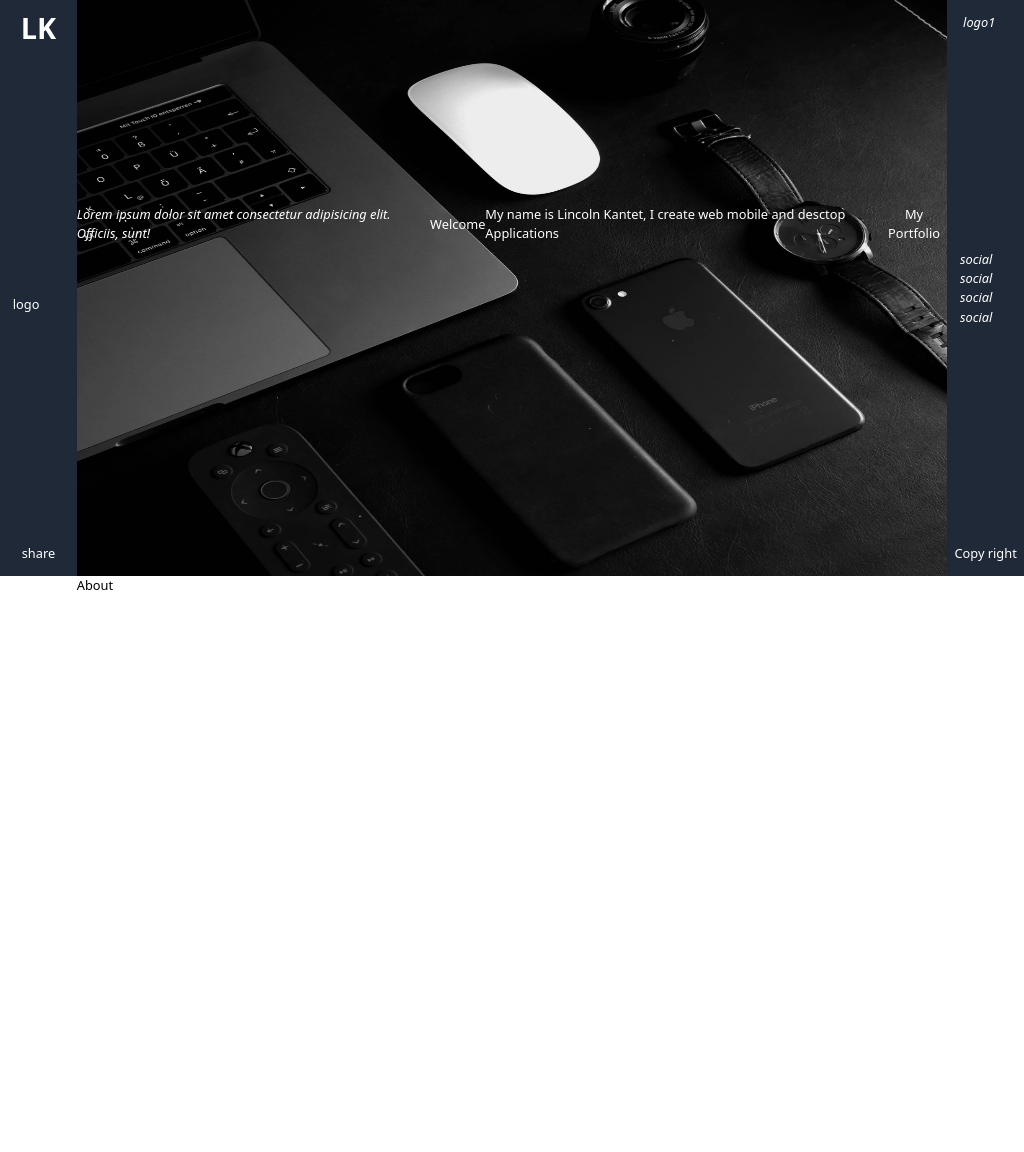
Repository: linco6054/template-tailwindcss
Page: index.html
These files come from the project's save history. The page is drawn as it stood at one moment and after the next save; the edit follows.
The browser window is 1280 px wide. The pictures show the whole page, at 80% of full size.

Above is the page before, as saved 2021-08-17 16:04:41.

### index.html
<!DOCTYPE html>
<html lang="en">

  <head>
    <meta charset="UTF-8" />
    <meta http-equiv="X-UA-Compatible" content="IE=edge" />
    <meta name="viewport" content="width=device-width, initial-scale=1.0" />
    <link href="https://unpkg.com/tailwindcss@^2/dist/tailwind.min.css" rel="stylesheet" />

    <title>Document</title>
  </head>

  <body class="text-white relative max-w-full h-auto flex flex-col lg:flex-row">
    <!-- nav -->
    <nav class="
        fixed
        top-0
        lg:left-0
        overflow-hidden
        bg-gray-800
        h-20
        flex
        justify-between
        lg:flex-col
        items-center
        w-full
        lg:w-24 lg:h-screen
        z-50
      ">
      <span>
        <h1 class="mx-4 lg:mt-4 text-4xl font-bold">LK</h1>
      </span>
      <div class="mx-4 cursor-pointer">
        <i class="opacity-0 hover:opacity-100">menu</i>
        <span>logo</span>
      </div>

      <span class="mx-4 lg:mb-4">share</span>
    </nav>
    <!-- pages -->
    <section class="
        px-0
        lg:px-24
        overflow-hidden
        flex-col
        md:w-full
        lg:w-full
        h-auto
        text-black
        pt-20
        md:pt-0

      ">
      <div class="h-screen w-full relative overflow-hidden">
        <img class="absolute  z-0 h-full w-full" src="/images/bg.jpg" alt="">

        <div class=" absolute text-white top-64 w-full z-20 flex flex-row justify-center items-center  ">
          <i>Lorem ipsum dolor sit amet consectetur adipisicing elit. Officiis, sunt!</i>
          <h1>Welcome</h1>
          <p>My name is Lincoln Kantet, I create web mobile and desctop Applications</p>
          <button>My Portfolio</button>

        </div>
      </div>
      </div>
      <div class="h-screen">About</div>
    </section>
    <!-- footer -->
    <footer class="
        lg:fixed lg:right-0
        overflow-hidden
        w-full
        lg:w-24
        bg-gray-800
        h-20
        flex
        lg:h-screen
        flex-row-reverse
        justify-between
        items-center
        lg:flex-col
      ">
      <span class="mr-4 lg:mt-4">
        <i>logo1</i>
      </span>
      <span class="ml-4">
        <i>social</i>
        <i>social</i>
        <i>social</i>
        <i>social</i>
      </span>
      <span class="hidden lg:block lg:mb-4">Copy right</span>
    </footer>
  </body>

</html>

After the next save:
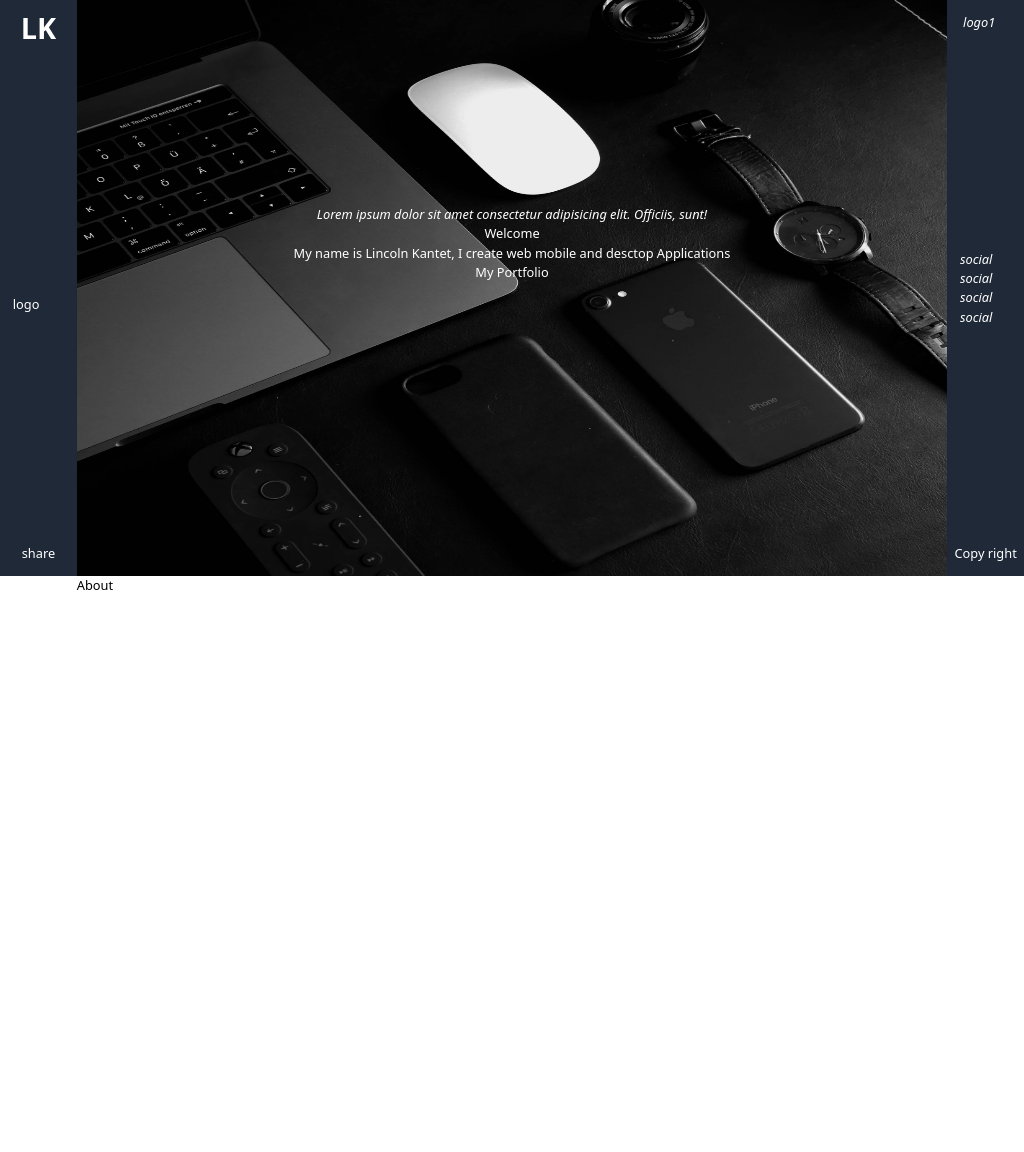
Saved 9 s later.
--- a/index.html
+++ b/index.html
@@ -54,7 +54,7 @@
       <div class="h-screen w-full relative overflow-hidden">
         <img class="absolute  z-0 h-full w-full" src="/images/bg.jpg" alt="">
 
-        <div class=" absolute text-white top-64 w-full z-20 flex flex-row justify-center items-center  ">
+        <div class=" absolute text-white top-64 w-full z-20 flex flex-col justify-center items-center  ">
           <i>Lorem ipsum dolor sit amet consectetur adipisicing elit. Officiis, sunt!</i>
           <h1>Welcome</h1>
           <p>My name is Lincoln Kantet, I create web mobile and desctop Applications</p>
